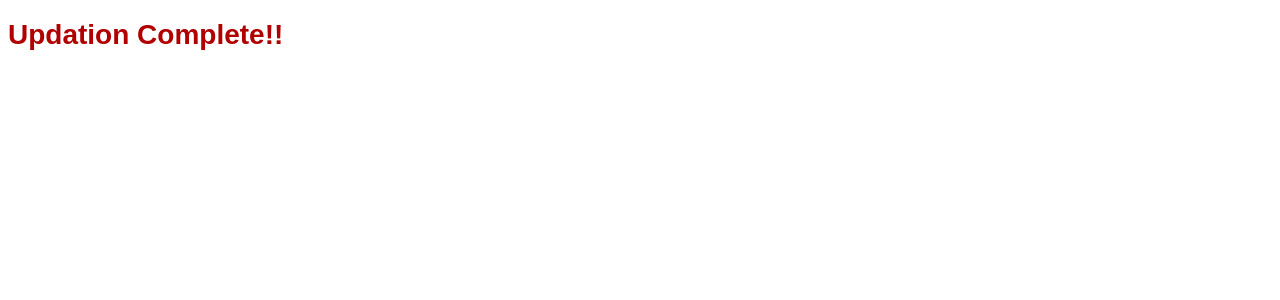
Repository: suma94/MyProjects
Page: http://localhost/SelfServiceSales/Message.jsp
An editor plug-in stored every save of this project. The page is shown before and after the next save, followed by the edit.
The browser window is 1280 px wide. The pictures show the whole page.
The page is served by Tomcat 9. Nobody is signed in. The application's start-up code is not run. Other server files are loaded and not shown.

Above is the page before, as saved 2015-08-27 11:16:11.

### SelfServiceSales/WebContent/Message.jsp
<%@ page language="java" contentType="text/html; charset=ISO-8859-1"
    pageEncoding="ISO-8859-1"%>
<!DOCTYPE html PUBLIC "-//W3C//DTD HTML 4.01 Transitional//EN" "http://www.w3.org/TR/html4/loose.dtd">
<html>
<head>
<meta http-equiv="Content-Type" content="text/html; charset=ISO-8859-1">
<link rel="stylesheet" type="text/css" href="styles.css">
<title>Insert title here</title>
</head>
<body>
<h1 class="vzh1" >Updation Complete!!</h1>
</body>
</html>

### SelfServiceSales/WebContent/styles.css
.vz-standard-font
{
	font-family:arial;
}
.vzh1
{
	font-family:arial;
	font-style:bold;
	font-size:28px;
	color:#B00000;
}
.vzh2
{
	font-family:arial;
	font-style:bold;
	font-size:24px;
	color:#B00000;
}
.vzh3
{
	font-family:arial;
	font-style:bold;
	font-size:21.33px;
	color:#333333;
}
.vzh4
{
	font-family:arial;
	font-style:bold;
	font-size:18.66px;
	color:#333333;

}
.vzh5
{
	font-family:arial;
	font-style:bold;
	font-size:16px;
	color:#333333;
}
.vzh6
{
	font-family:arial;
	font-style:bold;
	font-size:14.66px;
	color:#333333;
}
.vzred
{
	color:#ED1C24;
}
.vzdarkgrey
{
	color:#595A5D;
}
.vzgrey
{
	color:#D2D3D4;
}
.vzlightgrey
{
	color:#ECEDEE;
}
.vzsecondary1
{
	color:rgb(115,185,176);
}
.vzsecondary2
{
	color:rgb(259,223,76);
}
.vzsecondary3
{
	color:rgb(74,154,77);
}.vzsecondary4
{
	color:rgb(46,103,178);
}
.vzsecondary5
{
	color:rgb(196,159,57);
}
.vzsecondary6
{
	color:rgb(210,102,159);
}
.vzsecondary7
{
	color:rgb(127,52,131);
}
.vzsecondary8
{
	color:rgb(49,149,169);
}
a.vzlink:link {
     font-family:Arial; color:#0066CC; text-decoration:underline;
}

/* visited link */
a.vzlink:visited {
  font-family:Arial; color:#990099; text-decoration:none;

}

/* mouse over link */
a .vzlink:hover {
   font-family:Arial; color:#0066CC; text-decoration:underline;
}

/* selected link */
a.vzlink:active {
font-family:Arial; color:#B00000; text-decoration:none;
}

.vzbtn {
  -webkit-border-radius: 6;
  -moz-border-radius: 6;
 padding: 10px 16px;
font-size: 18px;
line-height: 1.33333;
border-radius: 6px;
margin-bottom: 0px;
font-weight: 400;
text-align: center;
white-space: nowrap;
vertical-align: middle;
cursor: pointer;
-moz-user-select: none;
background-image: none;
border: 1px solid transparent;

  font-family: Arial;
  color: #ffffff;

  background: #d51e27;

  text-decoration: none;
}
.vzbtn:focus {outline:0;}

.vzbtn:hover {
  text-decoration: none;
}
.vzbtnsmall {
  -webkit-border-radius: 3;
  -moz-border-radius: 3;
  padding: 5px 10px;
    padding-top: 5px;
    padding-right: 10px;
    padding-bottom: 5px;
    padding-left: 10px;
font-size: 12px;
line-height: 1.5;
border-radius: 3px;
display: inline-block;
margin-bottom: 0px;
font-weight: 400;
text-align: center;
white-space: nowrap;
vertical-align: middle;
cursor: pointer;
-moz-user-select: none;
background-image: none;
border: 1px solid transparent;

  font-family: Arial;
  color: #ffffff;

  background: #d51e27;

  text-decoration: none;
}
.vzbtnsmall:focus {outline:0;}

.vzbtnsmall:hover {
  text-decoration: none;
}
.vzbtnmedium {
	padding: 6px 12px;
margin-bottom: 0px;
font-size: 14px;
font-weight: 400;
line-height: 1.42857;
text-align: center;
white-space: nowrap;
vertical-align: middle;
cursor: pointer;
-moz-user-select: none;
background-image: none;
border: 1px solid transparent;
border-radius: 4px;
  -webkit-border-radius: 4;
  -moz-border-radius: 4;



  font-family: Arial;
  color: #ffffff;

  background: #d51e27;

  text-decoration: none;
}
.vzbtnmedium:focus {outline:0;}

.vzbtnmedium:hover {
  text-decoration: none;
}
.vzbtnxsmall {
	padding: 1px 5px;
    padding-top: 1px;
    padding-right: 5px;
    padding-bottom: 1px;
    padding-left: 5px;
font-size: 12px;
line-height: 1.5;
border-radius: 3px;
	display: inline-block;
margin-bottom: 0px;
font-weight: 400;
text-align: center;
white-space: nowrap;
vertical-align: middle;
cursor: pointer;
-moz-user-select: none;
background-image: none;
border: 1px solid transparent;

border-radius: 3px;
  -webkit-border-radius: 3;
  -moz-border-radius: 3;



  font-family: Arial;
  color: #ffffff;

  background: #d51e27;

  text-decoration: none;
}
.vzbtnxsmall:focus {outline:0;}

.vzbtnxsmall:hover {
  text-decoration: none;
}
.vzbtn1{
  -webkit-border-radius: 6;
  -moz-border-radius: 6;
 padding: 10px 16px;
font-size: 18px;
line-height: 1.33333;
border-radius: 6px;
margin-bottom: 0px;
font-weight: 400;
text-align: center;
white-space: nowrap;
vertical-align: middle;
cursor: pointer;
-moz-user-select: none;
background-image: none;
border: 1px solid transparent;

  font-family: Arial;
  color: #ffffff;

  background: #464a4f;

  text-decoration: none;
}
.vzbtn1:focus {outline:0;}

.vzbtn1:hover {
  text-decoration: none;
}
.vzbtn1small {
  -webkit-border-radius: 3;
  -moz-border-radius: 3;
  padding: 5px 10px;
    padding-top: 5px;
    padding-right: 10px;
    padding-bottom: 5px;
    padding-left: 10px;
font-size: 12px;
line-height: 1.5;
border-radius: 3px;
display: inline-block;
margin-bottom: 0px;
font-weight: 400;
text-align: center;
white-space: nowrap;
vertical-align: middle;
cursor: pointer;
-moz-user-select: none;
background-image: none;
border: 1px solid transparent;

  font-family: Arial;
  color: #ffffff;

  background: #464a4f;

  text-decoration: none;
}
.vzbtn1small:focus {outline:0;}

.vzbtn1small:hover {
  text-decoration: none;
}
.vzbtn1medium {
	padding: 6px 12px;
margin-bottom: 0px;
font-size: 14px;
font-weight: 400;
line-height: 1.42857;
text-align: center;
white-space: nowrap;
vertical-align: middle;
cursor: pointer;
-moz-user-select: none;
background-image: none;
border: 1px solid transparent;
border-radius: 4px;
  -webkit-border-radius: 4;
  -moz-border-radius: 4;



  font-family: Arial;
  color: #ffffff;

  background: #464a4f;

  text-decoration: none;
}
.vzbtn1medium:focus {outline:0;}

.vzbtn1medium:hover {
  text-decoration: none;
}
.vzbtn1xsmall {
	padding: 1px 5px;
    padding-top: 1px;
    padding-right: 5px;
    padding-bottom: 1px;
    padding-left: 5px;
font-size: 12px;
line-height: 1.5;
border-radius: 3px;
	display: inline-block;
margin-bottom: 0px;
font-weight: 400;
text-align: center;
white-space: nowrap;
vertical-align: middle;
cursor: pointer;
-moz-user-select: none;
background-image: none;
border: 1px solid transparent;

border-radius: 3px;
  -webkit-border-radius: 3;
  -moz-border-radius: 3;



  font-family: Arial;
  color: #ffffff;

  background: #464a4f;

  text-decoration: none;
}
.vzbtn1xsmall:focus {outline:0;}

.vzbtnx1small:hover {
  text-decoration: none;
}


.vzbtn2{
  -webkit-border-radius: 7;
  -moz-border-radius: 7;
  border-radius: 7px;

  font-family: Arial;
  color: #818181;
  font-size: 14px;
  background: #e3e6e5;
  padding: 10px 20px 10px 20px;
  text-decoration: none;
}
.vzbtn2:focus {outline:0;}
.vzbtn2:hover {
  text-decoration: none;
}
.vzbtn2{
  -webkit-border-radius: 6;
  -moz-border-radius: 6;
 padding: 10px 16px;
font-size: 18px;
line-height: 1.33333;
border-radius: 6px;
margin-bottom: 0px;
font-weight: 400;
text-align: center;
white-space: nowrap;
vertical-align: middle;
cursor: pointer;
-moz-user-select: none;
background-image: none;
border: 1px solid transparent;

  font-family: Arial;
  color: #ffffff;

  background: #e3e6e5;

  text-decoration: none;
}
.vzbtn2:focus {outline:0;}

.vzbtn2:hover {
  text-decoration: none;
}
.vzbtn2small {
  -webkit-border-radius: 3;
  -moz-border-radius: 3;
  padding: 5px 10px;
    padding-top: 5px;
    padding-right: 10px;
    padding-bottom: 5px;
    padding-left: 10px;
font-size: 12px;
line-height: 1.5;
border-radius: 3px;
display: inline-block;
margin-bottom: 0px;
font-weight: 400;
text-align: center;
white-space: nowrap;
vertical-align: middle;
cursor: pointer;
-moz-user-select: none;
background-image: none;
border: 1px solid transparent;

  font-family: Arial;
  color: #ffffff;

  background: #e3e6e5;

  text-decoration: none;
}
.vzbtn2small:focus {outline:0;}

.vzbtn2small:hover {
  text-decoration: none;
}
.vzbtn2medium {
	padding: 6px 12px;
margin-bottom: 0px;
font-size: 14px;
font-weight: 400;
line-height: 1.42857;
text-align: center;
white-space: nowrap;
vertical-align: middle;
cursor: pointer;
-moz-user-select: none;
background-image: none;
border: 1px solid transparent;
border-radius: 4px;
  -webkit-border-radius: 4;
  -moz-border-radius: 4;



  font-family: Arial;
  color: #ffffff;

  background: #e3e6e5;

  text-decoration: none;
}
.vzbtn2medium:focus {outline:0;}

.vzbtn2medium:hover {
  text-decoration: none;
}
.vzbtn2xsmall {
	padding: 1px 5px;
    padding-top: 1px;
    padding-right: 5px;
    padding-bottom: 1px;
    padding-left: 5px;
font-size: 12px;
line-height: 1.5;
border-radius: 3px;
	display: inline-block;
margin-bottom: 0px;
font-weight: 400;
text-align: center;
white-space: nowrap;
vertical-align: middle;
cursor: pointer;
-moz-user-select: none;
background-image: none;
border: 1px solid transparent;

border-radius: 3px;
  -webkit-border-radius: 3;
  -moz-border-radius: 3;



  font-family: Arial;
  color: #ffffff;

  background: #e3e6e5;

  text-decoration: none;
}
.vzbtn2xsmall:focus {outline:0;}

.vzbtnx2small:hover {
  text-decoration: none;
}

.vztext {
  display: inline-block;
  -webkit-box-sizing: content-box;
  -moz-box-sizing: content-box;
  box-sizing: content-box;
  padding: 10px 20px;
  border: 1px solid #b7b7b7;
  -webkit-border-radius: 3px;
  border-radius: 3px;
  font: normal 14px/normal Arial, Helvetica, sans-serif;
  color: rgba(40,40,40,1);
  -o-text-overflow: clip;
  text-overflow: clip;
  background: #ecf0f1;
  -webkit-box-shadow: 2px 2px 2px 0 rgba(0,0,0,0.2) inset;
  box-shadow: 2px 2px 2px 0 rgba(0,0,0,0.2) inset;
  text-shadow: 1px 1px 0 rgba(255,255,255,0.66) ;
  -webkit-transition: all 200ms cubic-bezier(0.42, 0, 0.58, 1);
  -moz-transition: all 200ms cubic-bezier(0.42, 0, 0.58, 1);
  -o-transition: all 200ms cubic-bezier(0.42, 0, 0.58, 1);
  transition: all 200ms cubic-bezier(0.42, 0, 0.58, 1);
}

.vztextarea
{

background:#ecf0f1;
color: rgba(40,40,40,1);
border:1px solid #DCDCDC;
border-radius:2px ;
font-size:12px ;
width: 222px ;
padding: 2px ;
box-shadow: 2px 2px 2px 0 rgba(0,0,0,0.2) inset;
-webkit-box-shadow: -2px 0px 8px #DCDCDC;
-moz-box-shadow: -2px 0px 8px #DCDCDC;
}
.vztextarea:focus, input:focus{
    outline: 0;
}
.vztable {
	margin:0px;padding:0px;
	width:100%;
	border:1px solid #000000;

	-moz-border-radius-bottomleft:6px;
	-webkit-border-bottom-left-radius:6px;
	border-bottom-left-radius:6px;

	-moz-border-radius-bottomright:6px;
	-webkit-border-bottom-right-radius:6px;
	border-bottom-right-radius:6px;

	-moz-border-radius-topright:6px;
	-webkit-border-top-right-radius:6px;
	border-top-right-radius:6px;

	-moz-border-radius-topleft:6px;
	-webkit-border-top-left-radius:6px;
	border-top-left-radius:6px;
}.vztable table{
    border-collapse: collapse;
        border-spacing: 0;
	width:100%;
	height:100%;
	margin:0px;padding:0px;
}.vztable tr:last-child td:last-child {
	-moz-border-radius-bottomright:6px;
	-webkit-border-bottom-right-radius:6px;
	border-bottom-right-radius:6px;
}
.vztable table tr:first-child td:first-child {
	-moz-border-radius-topleft:6px;
	-webkit-border-top-left-radius:6px;
	border-top-left-radius:6px;
}
.vztable table tr:first-child td:last-child {
	-moz-border-radius-topright:6px;
	-webkit-border-top-right-radius:6px;
	border-top-right-radius:6px;
}.vztable tr:last-child td:first-child{
	-moz-border-radius-bottomleft:6px;
	-webkit-border-bottom-left-radius:6px;
	border-bottom-left-radius:6px;
}.vztable tr:hover td{

}
.vztable tr:nth-child(odd){ background-color:#f3f3f5; }
.vztable tr:nth-child(even)    { background-color:#ffffff; }.vztable td{
	vertical-align:middle;


	border:1px solid #000000;
	border-width:0px 1px 1px 0px;
	text-align:center;
	padding:10px;
	font-size:13px;
	font-family:Arial;
	font-weight:normal;
	color:#000000;
}.vztable tr:last-child td{
	border-width:0px 1px 0px 0px;
}.vztable tr td:last-child{
	border-width:0px 0px 1px 0px;
}.vztable tr:last-child td:last-child{
	border-width:0px 0px 0px 0px;
}
.vztable tr:first-child td{
		background:-o-linear-gradient(bottom, #595a5d 5%, #595a5d 100%);	background:-webkit-gradient( linear, left top, left bottom, color-stop(0.05, #595a5d), color-stop(1, #595a5d) );
	background:-moz-linear-gradient( center top, #595a5d 5%, #595a5d 100% );
	filter:progid:DXImageTransform.Microsoft.gradient(startColorstr="#595a5d", endColorstr="#595a5d");	background: -o-linear-gradient(top,#595a5d,595a5d);

	background-color:#595a5d;
	border:0px solid #000000;
	text-align:center;
	border-width:0px 0px 1px 1px;
	font-size:14px;
	font-family:Arial;
	font-weight:bold;
	color:#ffffff;
}
.vztable tr:first-child:hover td{
	background:-o-linear-gradient(bottom, #595a5d 5%, #595a5d 100%);	background:-webkit-gradient( linear, left top, left bottom, color-stop(0.05, #595a5d), color-stop(1, #595a5d) );
	background:-moz-linear-gradient( center top, #595a5d 5%, #595a5d 100% );
	filter:progid:DXImageTransform.Microsoft.gradient(startColorstr="#595a5d", endColorstr="#595a5d");	background: -o-linear-gradient(top,#595a5d,595a5d);

	background-color:#595a5d;
}
.vztable tr:first-child td:first-child{
	border-width:0px 0px 1px 0px;
}
.vztable tr:first-child td:last-child{
	border-width:0px 0px 1px 1px;
}

.vztable1 {
	margin:0px;padding:0px;
	width:100%;
	border:1px solid #000000;

	-moz-border-radius-bottomleft:6px;
	-webkit-border-bottom-left-radius:6px;
	border-bottom-left-radius:6px;

	-moz-border-radius-bottomright:6px;
	-webkit-border-bottom-right-radius:6px;
	border-bottom-right-radius:6px;

	-moz-border-radius-topright:6px;
	-webkit-border-top-right-radius:6px;
	border-top-right-radius:6px;

	-moz-border-radius-topleft:6px;
	-webkit-border-top-left-radius:6px;
	border-top-left-radius:6px;
}.vztable1 table{
    border-collapse: collapse;
        border-spacing: 0;
	width:100%;
	height:100%;
	margin:0px;padding:0px;
}.vztable1 tr:last-child td:last-child {
	-moz-border-radius-bottomright:6px;
	-webkit-border-bottom-right-radius:6px;
	border-bottom-right-radius:6px;
}
.vztable1 table tr:first-child td:first-child {
	-moz-border-radius-topleft:6px;
	-webkit-border-top-left-radius:6px;
	border-top-left-radius:6px;
}
.vztable1 table tr:first-child td:last-child {
	-moz-border-radius-topright:6px;
	-webkit-border-top-right-radius:6px;
	border-top-right-radius:6px;
}.vztable1 tr:last-child td:first-child{
	-moz-border-radius-bottomleft:6px;
	-webkit-border-bottom-left-radius:6px;
	border-bottom-left-radius:6px;
}.vztable1 tr:hover td{

}
.vztable1 tr:nth-child(odd){ background-color:#f3f3f5; }
.vztable1 tr:nth-child(even)    { background-color:#ffffff; }.vztable1 td{
	vertical-align:middle;


	border:1px solid #000000;
	border-width:0px 1px 1px 0px;
	text-align:center;
	padding:10px;
	font-size:13px;
	font-family:Arial;
	font-weight:normal;
	color:#000000;
}.vztable1 tr:last-child td{
	border-width:0px 1px 0px 0px;
}.vztable1 tr td:last-child{
	border-width:0px 0px 1px 0px;
}.vztable1 tr:last-child td:last-child{
	border-width:0px 0px 0px 0px;
}
.vztable1 tr:first-child td{
		/* background:-o-linear-gradient(bottom, #595a5d 5%, #595a5d 100%);	background:-webkit-gradient( linear, left top, left bottom, color-stop(0.05, #595a5d), color-stop(1, #595a5d) );
	background:-moz-linear-gradient( center top, #595a5d 5%, #595a5d 100% ); */
	filter:progid:DXImageTransform.Microsoft.gradient(startColorstr="#595a5d", endColorstr="#595a5d");	background: -o-linear-gradient(top,#595a5d,595a5d);


	border:0px solid #000000;
	text-align:center;
	border-width:0px 0px 1px 1px;
	font-size:14px;
	font-family:Arial;


}
/* .vztable1 tr:first-child:hover td{
	background:-o-linear-gradient(bottom, #595a5d 5%, #595a5d 100%);	background:-webkit-gradient( linear, left top, left bottom, color-stop(0.05, #595a5d), color-stop(1, #595a5d) );
	background:-moz-linear-gradient( center top, #595a5d 5%, #595a5d 100% );
	filter:progid:DXImageTransform.Microsoft.gradient(startColorstr="#595a5d", endColorstr="#595a5d");	background: -o-linear-gradient(top,#595a5d,595a5d);

	background-color:#595a5d;
} */
.vztable1 tr:first-child td:first-child{
	border-width:0px 0px 1px 0px;
}
.vztable1 tr:first-child td:last-child{
	border-width:0px 0px 1px 1px;
}


.vzresponsive-container { position: relative; padding-bottom: 56.25%; padding-top: 30px; height: 0; overflow: hidden; }

.vzresponsive-container iframe { position: absolute; top: 0; left: 0; width: 100%; height: 100%; }
.vzlogoContainer {
  width: 20%;
}
.vzlogoContainer img {
max-width: 100%;
}
input[type=radio], input[type=checkbox] {
	    display:none;
	}
input[type=radio] + label:before {
	    content: "";
	    display: inline-block;
	    width: 15px;
	    height: 15px;
	    vertical-align:middle;
	    margin-right: 8px;
	    background-color: #aaa;
	    box-shadow: inset 0px 2px 2px rgba(0, 0, 0, .3);
	    border-radius: 8px;
	}
input[type=checkbox] + label:before {
	    content: "";
	    display: inline-block;
	    width: 15px;
	    height: 15px;
	    vertical-align:middle;
	    margin-right: 8px;
	    background-color: #aaa;
	    box-shadow: inset 0px 2px 2px rgba(0, 0, 0, .3);
	    border-radius: 4px;
	}
input[type=radio]:checked + label:before {
		content: "\2022";
		color:white;
	    background-color: #666;
		font-size:1.8em;
		text-align:center;
		line-height:14px;
		text-shadow:0px 0px 3px #eee;
	}
input[type=checkbox]:checked + label:before {
		content:"\2714";
		color:white;
	    background-color: #666;
		text-align:center;
		line-height:15px;
	    text-shadow:0px 0px 3px #eee;
	}
	.vznavbar-inverse
	{
		background-color: #FFFFFF;
		}
.vznavbar-inverse .vznavbar-nav>.vzactive>a:hover,
.vznavbar-inverse .vznavbar-nav>li>a:hover,
.vznavbar-inverse .vznavbar-nav>li>a:focus
 {
	 background-color: #FFFFFF;
	 }
.vznavbar-inverse .vznavbar-nav>.vzactive>a,
.vznavbar-inverse .vznavbar-nav>.vzopen>a,
.vznavbar-inverse .vznavbar-nav>.vzopen>a,
.vznavbar-inverse .vznavbar-nav>.vzopen>a:hover,
.vznavbar-inverse .vznavbar-nav>.vzopen>a,
.vznavbar-inverse .vznavbar-nav>.vzopen>a:hover,
.vznavbar-inverse .vznavbar-nav>.vzopen>a:focus
{
	background-color: #FFFFFF;
	}
.vzdropdown-menu
{
	background-color: #D2D3D4;
	}
.vzdropdown-menu>li>a:hover,
.vzdropdown-menu>li>a:focus
{
	background-color: #080808;
	}
.vznavbar-inverse
{
	background-image: none;
	}
.vzdropdown-menu>li>a:hover,
.vzdropdown-menu>li>a:focus
{
	background-image: none;
	}
.vznavbar-inverse {
	border-color: #d2d3d4;
	}
.vznavbar-inverse .vznavbar-brand
{
	color: #994812;
	}
.vznavbar-inverse .vznavbar-brand:hover {
	color: #ED1C24
	}
.vznavbar-inverse .vznavbar-nav>li>a
{
	color: #080808;
	}
.vznavbar-inverse .vznavbar-nav>li>a:hover,
.vznavbar-inverse .vznavbar-nav>li>a:focus
{
	color: #ED1C24;
	}
.vznavbar-inverse .vznavbar-nav>.vzactive>a,
.vznavbar-inverse .vznavbar-nav>.vzopen>a,
.vznavbar-inverse .vznavbar-nav>.vzopen>a:hover,
.vznavbar-inverse .vznavbar-nav>.vzopen>a:focus
{
	color: #ED1C24;
	}
.vznavbar-inverse .vznavbar-nav>.vzactive>a:hover,
.vznavbar-inverse .vznavbar-nav>.vzactive>a:focus
{
	color: #ED1C24;
	}
.vzdropdown-menu>li>a
{
color: #080808;
}
.vzdropdown-menu>li>a:hover,
.vzdropdown-menu>li>a:focus
{
	color: #FFFFFF;
}
.vznavbar-inverse .vznavbar-nav>.vzdropdown>a .vzcaret
{
	border-top-color: #080808;
	}
.vznavbar-inverse .vznavbar-nav>.vzdropdown>a:hover .vzcaret
 {
	 border-top-color: #ED1C24;
	 }
.vznavbar-inverse .vznavbar-nav>.vzdropdown>a .vzcaret
{
	border-bottom-color: #080808;
	}
.vznavbar-inverse .vznavbar-nav>.vzdropdown>a:hover .vzcaret
{
	border-bottom-color: #ED1C24;
	}

.inputwrap label {
    display: inline-block;
    width: 100px;
    text-align: right;
}
.select-style {
    /* border: 1px solid #ccc; */
    width: 120px;
    border-radius: 3px;
    overflow: hidden;
    background:  url("menu-icon.png") no-repeat 90% 50%;
	background-color:#d2d3d4;
}

.select-style select {
    padding: 5px 8px;
    width: 130%;
    border: none;
    box-shadow: none;
    background:transparent;
    background-image: none;
    -webkit-appearance: none;
}


.select-style select:focus {
    outline: none;
}

.wrapper         {width:100%;height:100%;margin:0 auto;background:#ffffff}
.h_iframe        {position:relative;}
.h_iframe .ratio {display:block;width:100%;height:auto;}
.h_iframe iframe {position:absolute;top:0;left:0;width:100%; height:100%;}

After the next save:
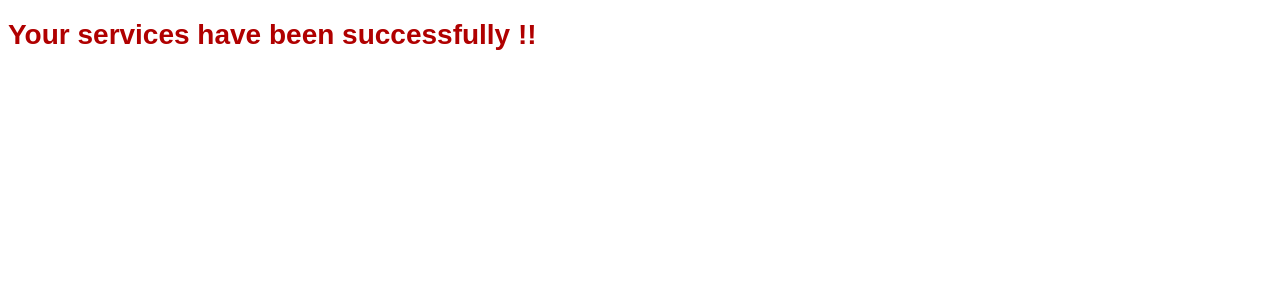
Saved 87 s later.
--- a/SelfServiceSales/WebContent/Message.jsp
+++ b/SelfServiceSales/WebContent/Message.jsp
@@ -8,6 +8,6 @@
 <title>Insert title here</title>
 </head>
 <body>
-<h1 class="vzh1" >Updation Complete!!</h1>
+<h1 class="vzh1" >Your services have been successfully ${msg }!!</h1>
 </body>
 </html>
